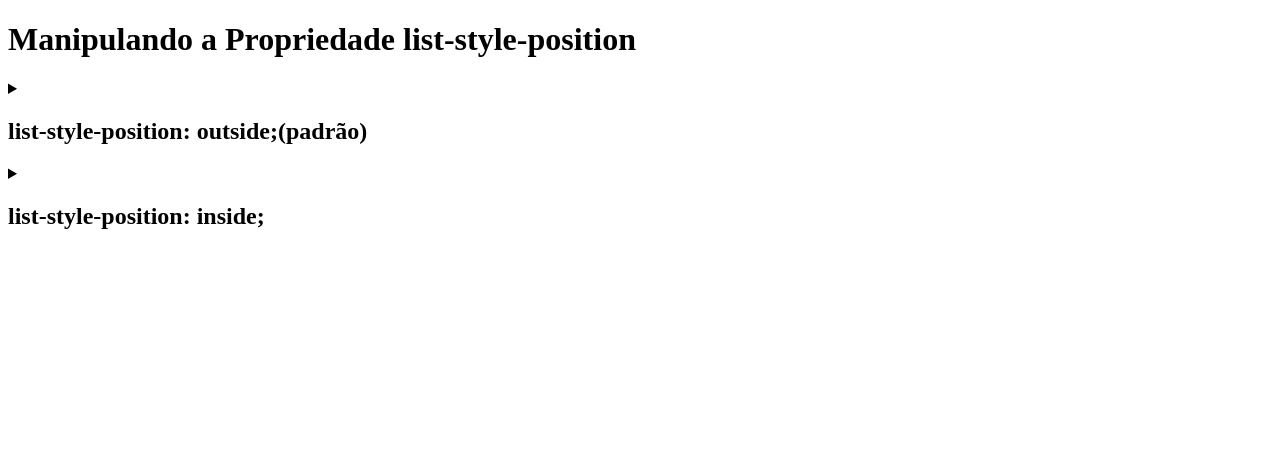
Repository: EmanuelUrbano/introducao_a_tecnologias
Page: 26_04_22/fundamentosCss/list_style_position.html
These files come from the project's save history. The page is drawn as it stood at one moment and after the next save; the edit follows.
The browser window is 1280 px wide. The pictures show the whole page.

Above is the page before, as saved 2022-04-27 17:26:01.

After the next save:
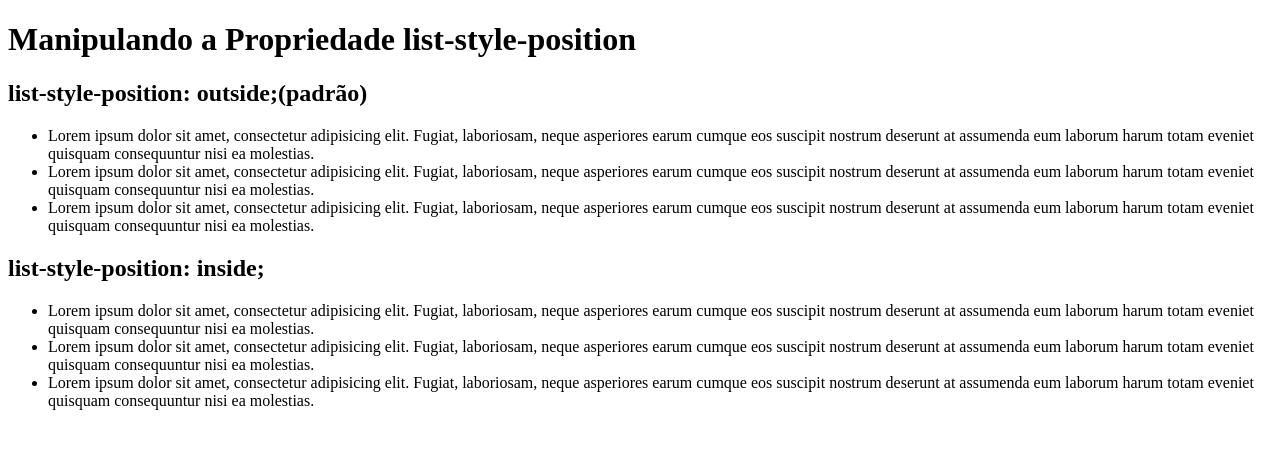
Saved 55 s later.
--- a/26_04_22/fundamentosCss/list_style_position.html
+++ b/26_04_22/fundamentosCss/list_style_position.html
@@ -9,25 +9,17 @@
 </head>
 <body>
     <h1>Manipulando a Propriedade list-style-position</h1>
-    <details>
-        <summary>
-            <h2>list-style-position: outside;(padrão)</h2>
-        </summary>
+        <h2>list-style-position: outside;(padrão)</h2>
         <ul class="c">
             <li>Lorem ipsum dolor sit amet, consectetur adipisicing elit. Fugiat, laboriosam, neque asperiores earum cumque eos suscipit nostrum deserunt at assumenda eum laborum harum totam eveniet quisquam consequuntur nisi ea molestias.</li>
             <li>Lorem ipsum dolor sit amet, consectetur adipisicing elit. Fugiat, laboriosam, neque asperiores earum cumque eos suscipit nostrum deserunt at assumenda eum laborum harum totam eveniet quisquam consequuntur nisi ea molestias.</li>
             <li>Lorem ipsum dolor sit amet, consectetur adipisicing elit. Fugiat, laboriosam, neque asperiores earum cumque eos suscipit nostrum deserunt at assumenda eum laborum harum totam eveniet quisquam consequuntur nisi ea molestias.</li>
         </ul>
-    </details>
-    <details>
-        <summary>
-            <h2>list-style-position: inside;</h2>
-        </summary>
+        <h2>list-style-position: inside;</h2>
         <ul class="d">
             <li>Lorem ipsum dolor sit amet, consectetur adipisicing elit. Fugiat, laboriosam, neque asperiores earum cumque eos suscipit nostrum deserunt at assumenda eum laborum harum totam eveniet quisquam consequuntur nisi ea molestias.</li>
             <li>Lorem ipsum dolor sit amet, consectetur adipisicing elit. Fugiat, laboriosam, neque asperiores earum cumque eos suscipit nostrum deserunt at assumenda eum laborum harum totam eveniet quisquam consequuntur nisi ea molestias.</li>
             <li>Lorem ipsum dolor sit amet, consectetur adipisicing elit. Fugiat, laboriosam, neque asperiores earum cumque eos suscipit nostrum deserunt at assumenda eum laborum harum totam eveniet quisquam consequuntur nisi ea molestias.</li>
         </ul>
-    </details>
 </body>
 </html>

After the 2 saves that followed:
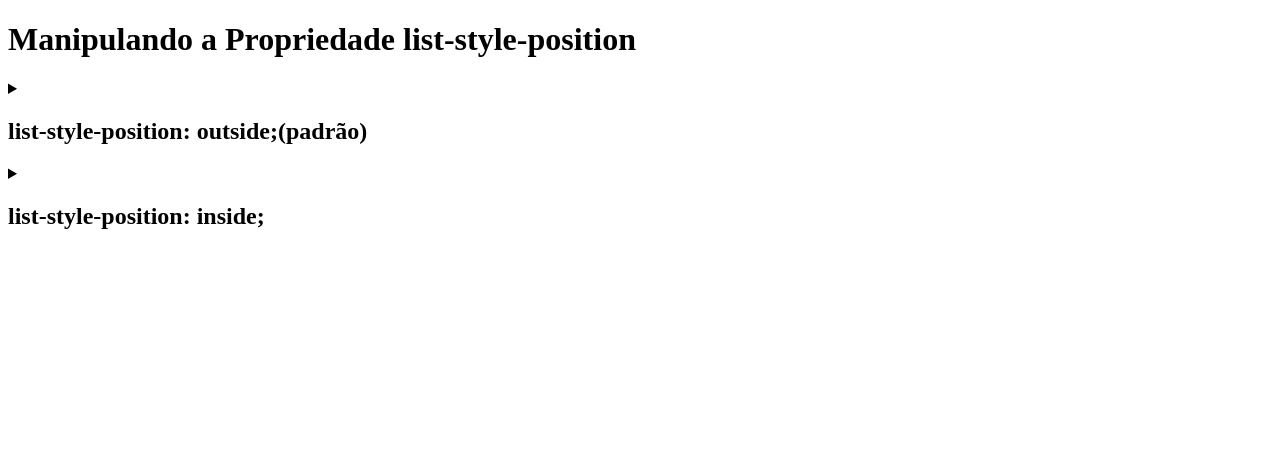
The 2 saves are shown as one change because 1 left the picture as it was.
The last was saved 50 s later.
--- a/26_04_22/fundamentosCss/list_style_position.html
+++ b/26_04_22/fundamentosCss/list_style_position.html
@@ -9,17 +9,25 @@
 </head>
 <body>
     <h1>Manipulando a Propriedade list-style-position</h1>
-        <h2>list-style-position: outside;(padrão)</h2>
+    <details>
+        <summary>
+            <h2>list-style-position: outside;(padrão)</h2>
+        </summary>
         <ul class="c">
             <li>Lorem ipsum dolor sit amet, consectetur adipisicing elit. Fugiat, laboriosam, neque asperiores earum cumque eos suscipit nostrum deserunt at assumenda eum laborum harum totam eveniet quisquam consequuntur nisi ea molestias.</li>
             <li>Lorem ipsum dolor sit amet, consectetur adipisicing elit. Fugiat, laboriosam, neque asperiores earum cumque eos suscipit nostrum deserunt at assumenda eum laborum harum totam eveniet quisquam consequuntur nisi ea molestias.</li>
             <li>Lorem ipsum dolor sit amet, consectetur adipisicing elit. Fugiat, laboriosam, neque asperiores earum cumque eos suscipit nostrum deserunt at assumenda eum laborum harum totam eveniet quisquam consequuntur nisi ea molestias.</li>
         </ul>
-        <h2>list-style-position: inside;</h2>
+    </details>
+    <details>
+        <summary>
+            <h2>list-style-position: inside;</h2>
+        </summary>
         <ul class="d">
             <li>Lorem ipsum dolor sit amet, consectetur adipisicing elit. Fugiat, laboriosam, neque asperiores earum cumque eos suscipit nostrum deserunt at assumenda eum laborum harum totam eveniet quisquam consequuntur nisi ea molestias.</li>
             <li>Lorem ipsum dolor sit amet, consectetur adipisicing elit. Fugiat, laboriosam, neque asperiores earum cumque eos suscipit nostrum deserunt at assumenda eum laborum harum totam eveniet quisquam consequuntur nisi ea molestias.</li>
             <li>Lorem ipsum dolor sit amet, consectetur adipisicing elit. Fugiat, laboriosam, neque asperiores earum cumque eos suscipit nostrum deserunt at assumenda eum laborum harum totam eveniet quisquam consequuntur nisi ea molestias.</li>
         </ul>
+    </details>
 </body>
 </html>
